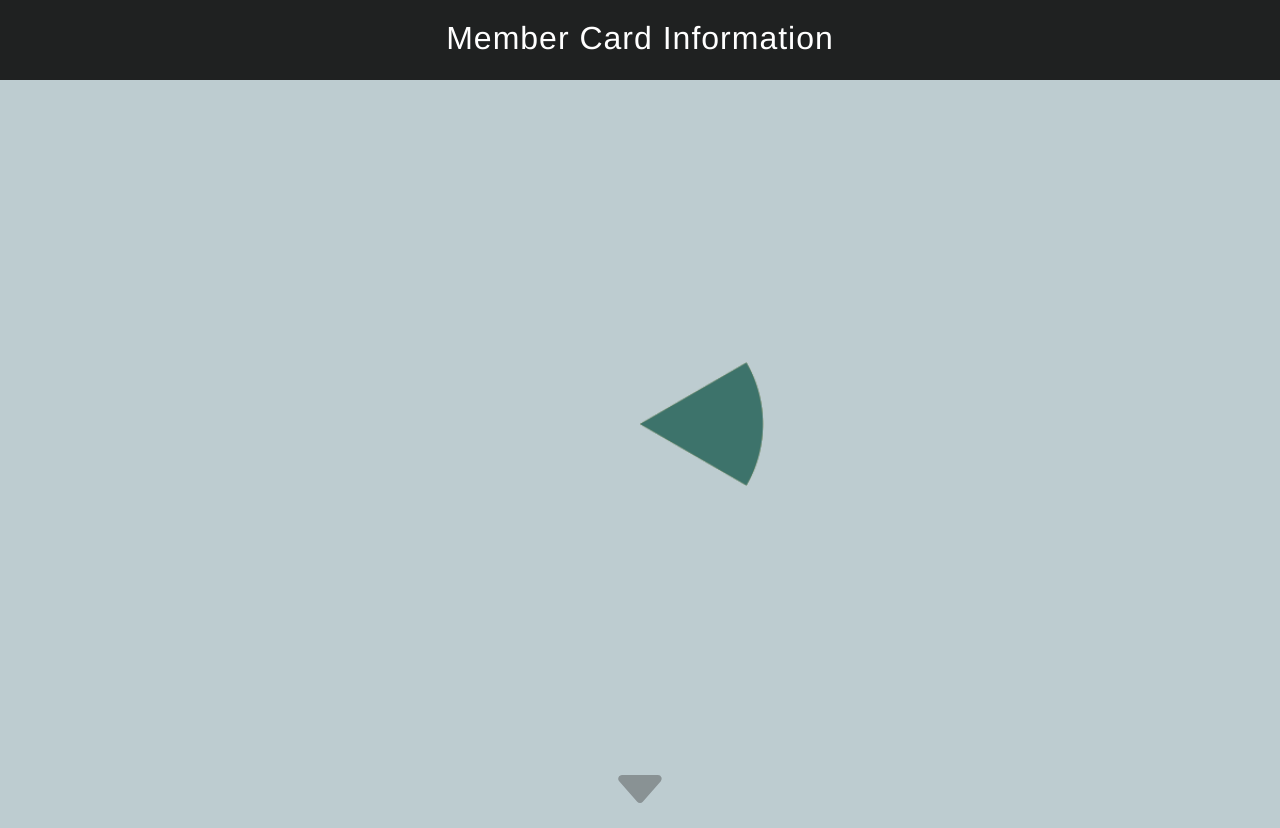
Repository: Leooook/lzhao-fed-test
Page: /
An editor plug-in stored every save of this project. The page is shown before and after the next save, followed by the edit.
The browser window is 1280 px wide. The pictures show the whole page.
The page's requests for data from a server got no answer. The project was rebuilt for these pictures with package versions that can differ from the ones it lists, and the page was loaded fresh each time. No one was signed in, and anything a server would have sent is missing. Also part of the build but not shown: src/components/detail.jsx.

Above is the page before, as saved 2021-03-15 21:53:08.

### src/index.html
<!DOCTYPE html>
<html lang="en">
	<head>
		<meta charset="utf-8" />
		<meta http-equiv="X-UA-Compatible" content="IE=edge,chrome=1" />
		<title>Member Card Info</title>
		<meta name="description" content="" />
		<meta name="viewport" content="width=device-width, initial-scale=1.0, maximum-scale=1.0, user-scalable=no" />
	</head>
	<body>
		<div id="root" class="react-root"></div>
	</body>
</html>

### src/App.js
import React, {useState} from 'react';
import {BsCaretDownFill} from 'react-icons/bs'

import './App.css'
import Header from './components/header.jsx'
import Feature from './components/feature.jsx'

export default function App() {
  const [featureAmount, setFeatureAmount] = useState([1])

  const setFeature = () => {
    setFeatureAmount(featureAmount => {return [...featureAmount, 1]})
  }

	return (
    <div className='app'>
      <Header />
      {
        featureAmount.map((key) => <Feature key = {key}/>)
      }
      <BsCaretDownFill className='add-feature' onClick={() => setFeature()}/>
    </div>
  )
}

### src/App.css
* {
	margin: 0;
	padding: 0;
	box-sizing: border-box;
}
:root {
	--nav-black: rgba(14, 14, 14, 0.897);
	--white: #ffffff;
	--light-blue: rgb(189, 204, 208);
	--grey: rgb(145, 145, 145);
	--light-grey: rgb(209, 209, 209);
}
/* app */
.app {
	max-width: 100vw;
	min-height: 100vh;
	background-color: var(--light-blue);
}
.add-feature {
	position: relative;
	color: rgba(65, 65, 65, 0.418);
	width: 60px;
	height: 60px;
	margin: 30px auto 0 auto;
	display: block;
	cursor: pointer;
	animation: upAndDown 3s ease-in-out infinite;
}
.add-feature:active {
	transform: scale(1.1);
	transition: all 1s ease;
}
@keyframes upAndDown {
	0% {
		bottom: 0;
	}
	50% {
		bottom: 10px;
	}
	100% {
		bottom: 0;
	}
}
/* end of app */
/* header */
.header {
	background-color: var(--nav-black);
	height: 80px;
	padding: 20px;
	margin-bottom: 80px;
	font-size: 2rem;
	font-family: 'Franklin Gothic Medium', 'Arial Narrow', Arial, sans-serif;
	text-align: center;
	color: var(--white);
	letter-spacing: 1px;
}
@media screen and (max-width: 500px) {
	.header {
		margin-bottom: 30px;
		padding: 30px;
		font-size: 1.4rem;
	}
}
/* end of header */
/* loader */
.load {
	width: 100%;
}
.loadPic {
	height: 20%;
	width: 20%;
	display: block;
	margin: 30vh auto;
}
/* end of loader */
/* feature */
.feature {
	margin-top: -65px;
	padding: 60px 8%;
	display: grid;
	grid-template-columns: repeat(auto-fill, minmax(450px, 1fr));
	grid-row-gap: 50px;
	grid-column-gap: 80px;
}
@media screen and (max-width: 500px) {
	.feature {
		padding: 30px 20px;
		display: initial;
	}
}
/* end of feature */
/* detail */
.detail {
	margin: auto;
	padding: 10px 20px;
	width: 450px;
	height: 240px;
	background: hsla(0, 0%, 100%, .3);
	border-radius: 6px;
	box-shadow: 0 6px 20px 6px rgba(0, 0, 0, 0.207);
	display: flex;
	align-items: center;
	cursor: pointer;
	transition: all linear 0.2s;
}
.detail:hover {
	transform: scale(1.05);
	box-shadow: 0 10px 30px 10px rgba(0, 0, 0, 0.207);
}
.left-section {
	width: calc(40% - 20px);
	margin-right: 10%;
}
.right-section {
	width: clac(50% - 20px);
}
.detail-pic {
	margin: 0 auto;
	height: 140px;
	width: 140px;
	border-radius: 50%;
	box-shadow: 0 0 10px 8px var(--light-grey);
}
.detail-info {
	margin-bottom: 10px;
}
.detail-name {
	font-family: 'Playfair Display', serif;
	font-weight: bold;
	font-size: 1.3rem;
}
.detail-name2 {
	font-weight: 100;
	font-size: 0.9rem;
	color: rgb(82, 82, 82);
	font-style: oblique;
}
.detail-sex-date {
	display: flex;
}
.detail-date {
	margin-right: 13px;
}
.detail-font {
	font-family: 'Source Sans Pro', sans-serif;
	font-size: 0.8rem;
}
@media screen and (max-width: 500px) {
	.detail {
		margin-bottom: 30px;
		width: 90vw;
		height: 50vw;
	}
	.detail-pic {
		height: 100px;
		width: 100px;
	}
	.detail-info {
		margin-bottom: 6px;
	}
	.detail-name {
		font-size: 1rem;
	}
	.detail-name2 {
		font-size: 0.8rem;
	}
	.detail-date {
		margin-right: 8px;
	}
	.detail-font {
		font-size: 0.75rem;
	}
}
/* end of detail */

### src/components/header.jsx
import React, { Component } from 'react'

class Header extends Component {
	render() {
		return <section className="header">Member Card Information</section>
	}
}

export default Header

### src/components/feature.jsx
import React, { Component } from 'react'

import Loader from './loader.jsx'
import Detail from './detail.jsx'

class Feature extends Component {
	state = {
		dataSet: [],
		dataAmount: 6
	}

	fetchData = () => {
		fetch('https://randomuser.me/api/', {
			method: 'GET'
		})
			.then((response) => response.json())
			.then((data) => {
				let dataSet = this.state.dataSet
				dataSet.push(data.results[0])
				this.setState({ dataSet })
			})
			.catch((error) => {
				console.error('Error:', error)
			})
	}

	componentDidMount() {
		for (let i = 0; i < this.state.dataAmount; i++) {
			this.fetchData()
		}
	}

	render() {
		if (this.state.dataSet.length === 0 || this.state.dataSet.length % 6 !== 0) {
			return <Loader />
		} else {
			return (
				<section className="feature">
					{this.state.dataSet.map((each, key) => <Detail key={key} data={each} />)}
				</section>
			)
		}
	}
}

export default Feature

### src/components/loader.jsx
import React from 'react'

import loadPic from '../images/load.gif'

function Loader() {
	return (
		<section className="load">
			<img src={loadPic} className="loadPic" alt="load" />
		</section>
	)
}

export default Loader

Loaded but not shown: src/index.js (common file)

After the next save:
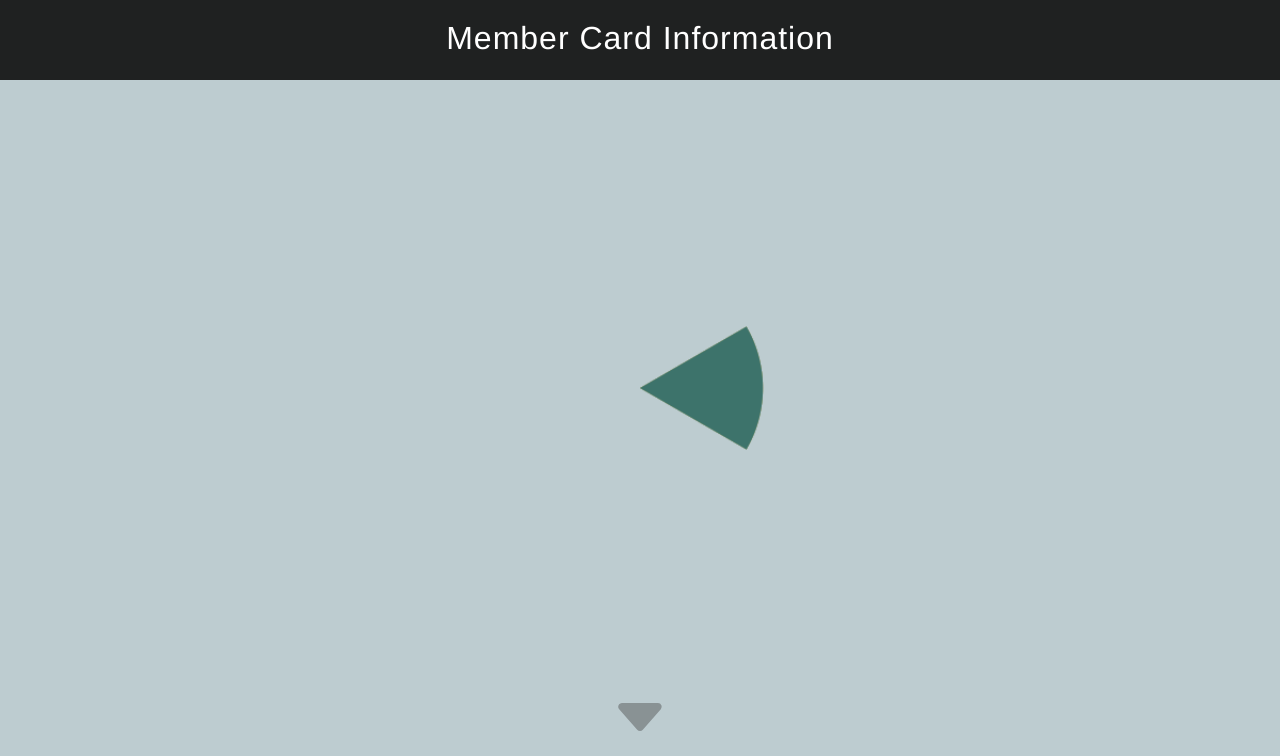
Saved 30 s later.
--- a/src/App.css
+++ b/src/App.css
@@ -70,7 +70,7 @@
 	height: 20%;
 	width: 20%;
 	display: block;
-	margin: 30vh auto;
+	margin: 25vh auto;
 }
 /* end of loader */
 /* feature */
